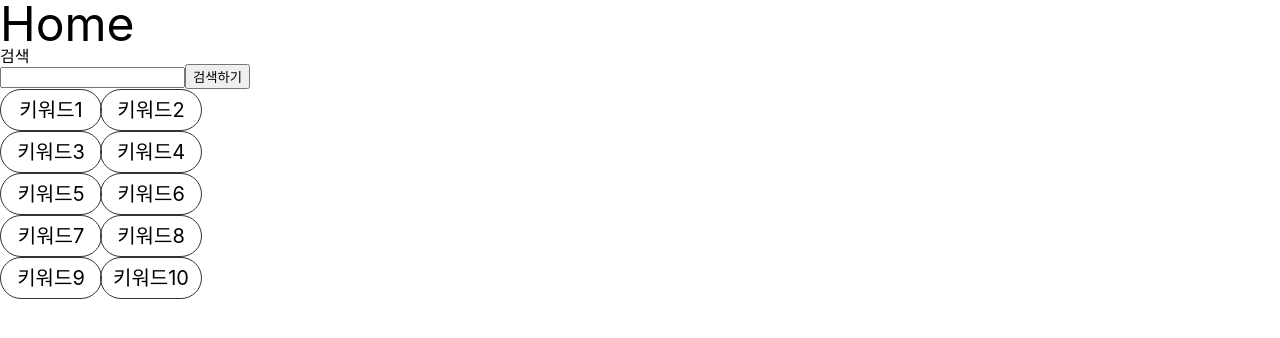
Repository: sunoo-lee/Star-Explore
Page: /
An editor plug-in stored every save of this project. The page is shown before and after the next save, followed by the edit.
The browser window is 1280 px wide. The pictures show the whole page.
The project was rebuilt for these pictures with package versions that can differ from the ones it lists, and the page was loaded fresh each time.

Above is the page before, as saved 2022-10-14 03:21:11.

After the next save:
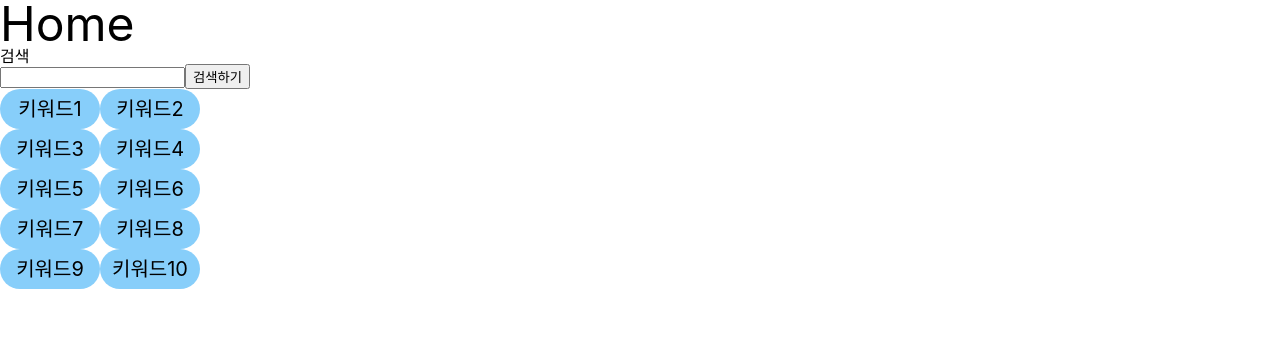
Saved 14 s later.
--- a/src/Style.css
+++ b/src/Style.css
@@ -29,6 +29,7 @@ h1 {
   height: 40px;
   line-height: 40px;
   text-align: center;
-  border: 1px solid #333333;
+  background-color: lightskyblue;
+  /* border: 1px solid #333333; */
   border-radius: 25px;
 }
